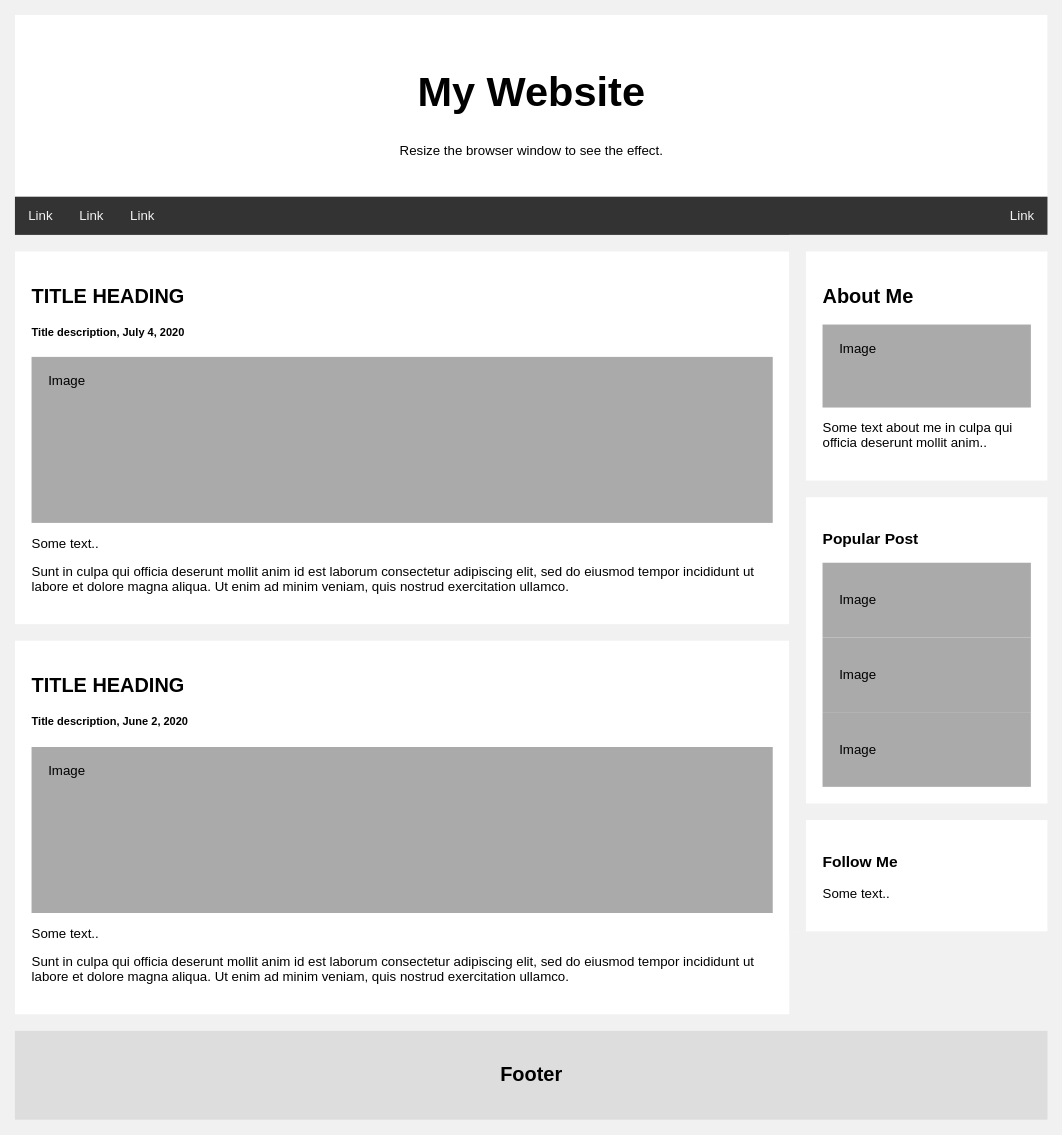
Repository: bjnabs/mws-workshop01
Page: index.html
An editor plug-in stored every save of this project. The page is shown before and after the next save, followed by the edit.
The browser window is 1280 px wide. The pictures show the whole page, at 83% of full size.

Above is the page before, as saved 2020-07-04 10:20:37.

After the next save:
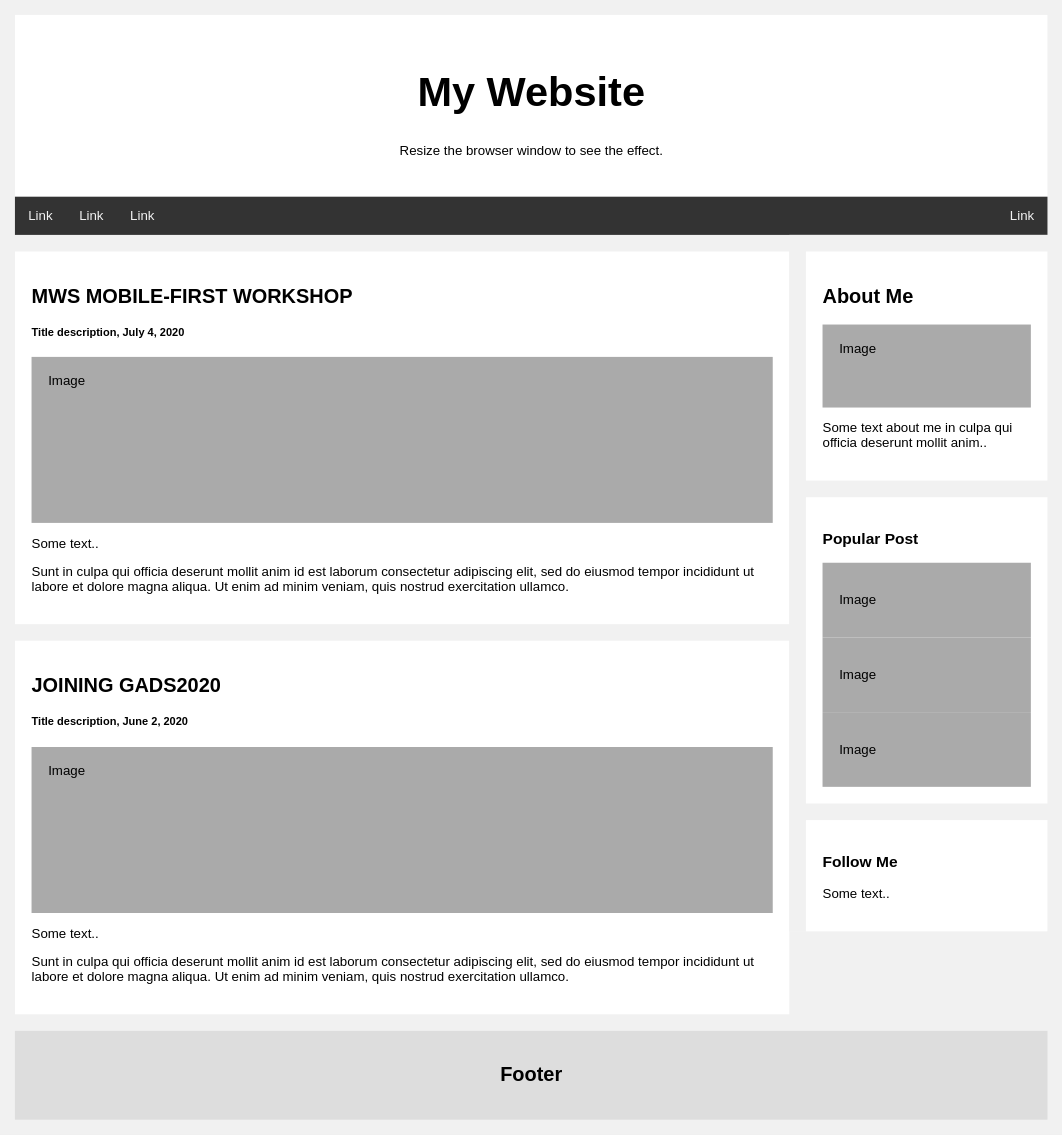
Saved 91 s later.
--- a/index.html
+++ b/index.html
@@ -24,14 +24,14 @@
       <div class="row">
         <div class="leftcolumn">
           <div class="card">
-            <h2>TITLE HEADING</h2>
+            <h2>MWS MOBILE-FIRST WORKSHOP</h2>
             <h5>Title description, July 4, 2020</h5>
             <div class="fakeimg" style="height:200px;">Image</div>
             <p>Some text..</p>
             <p>Sunt in culpa qui officia deserunt mollit anim id est laborum consectetur adipiscing elit, sed do eiusmod tempor incididunt ut labore et dolore magna aliqua. Ut enim ad minim veniam, quis nostrud exercitation ullamco.</p>
           </div>
           <div class="card">
-            <h2>TITLE HEADING</h2>
+            <h2>JOINING GADS2020</h2>
             <h5>Title description, June 2, 2020</h5>
             <div class="fakeimg" style="height:200px;">Image</div>
             <p>Some text..</p>
